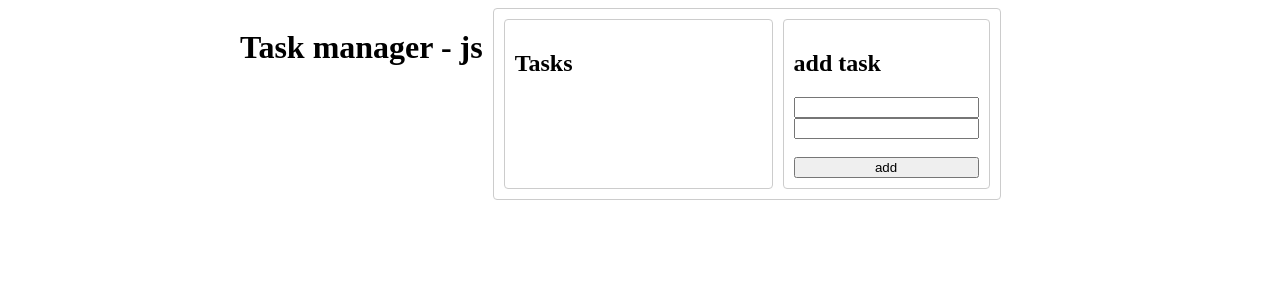
Repository: iKrekus/taskmgr-js
Page: index.html
The author's editor kept a copy of each file at every save. The page is drawn from the files as they stood at one save, then again after the next save.
The browser window is 1280 px wide. The pictures show the whole page.

Above is the page before, as saved 2024-03-15 13:23:39.

After the next save:
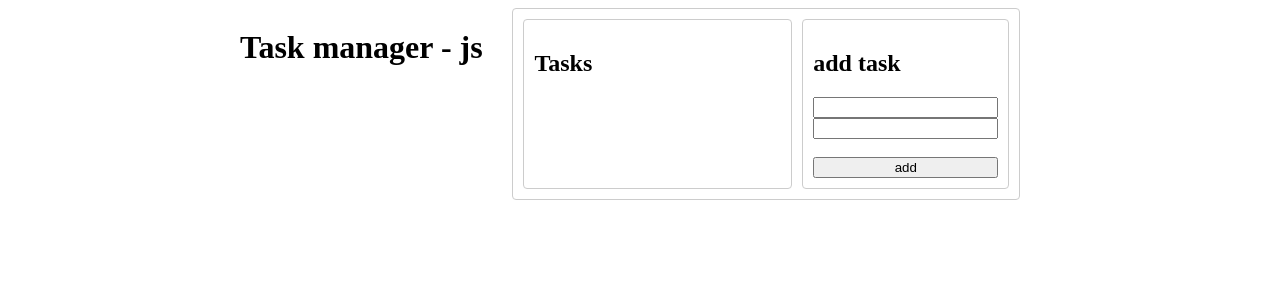
Saved 12 s later.
--- a/style.css
+++ b/style.css
@@ -1,4 +1,4 @@
-main {
+.task-mgr {
   max-width: 800px;
   margin: 0 auto;
 }
